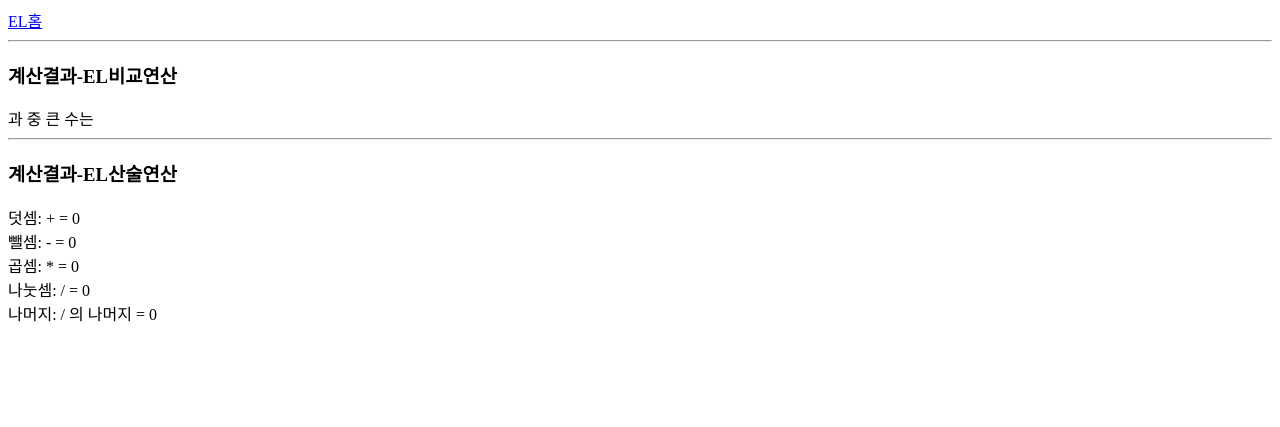
Repository: linklifejo/study_web
Page: http://localhost/servlet02/el/calculator_result.jsp
The author's editor kept a copy of each file at every save. The page is drawn from the files as they stood at one save, then again after the next save.
The browser window is 1280 px wide. The pictures show the whole page.
The page is served by Tomcat 9.

Above is the page before, as saved 2023-02-07 02:05:43.

After the next save:
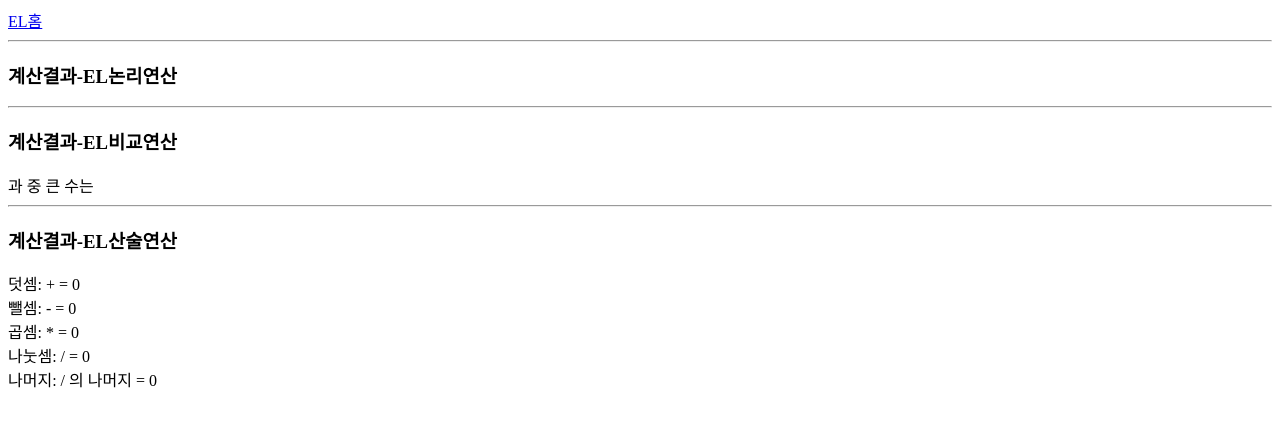
Saved 2 min 16 s later.
--- a/servlet02/src/main/webapp/el/calculator_result.jsp
+++ b/servlet02/src/main/webapp/el/calculator_result.jsp
@@ -8,6 +8,10 @@
 </head>
 <body>
 <a href='index.jsp'>EL홈</a>
+<hr>
+<h3>계산결과-EL논리연산</h3>
+
+
 <hr>
 <h3>계산결과-EL비교연산</h3>
 <div>${param.no1} 과 ${param.no2} 중 큰 수는
